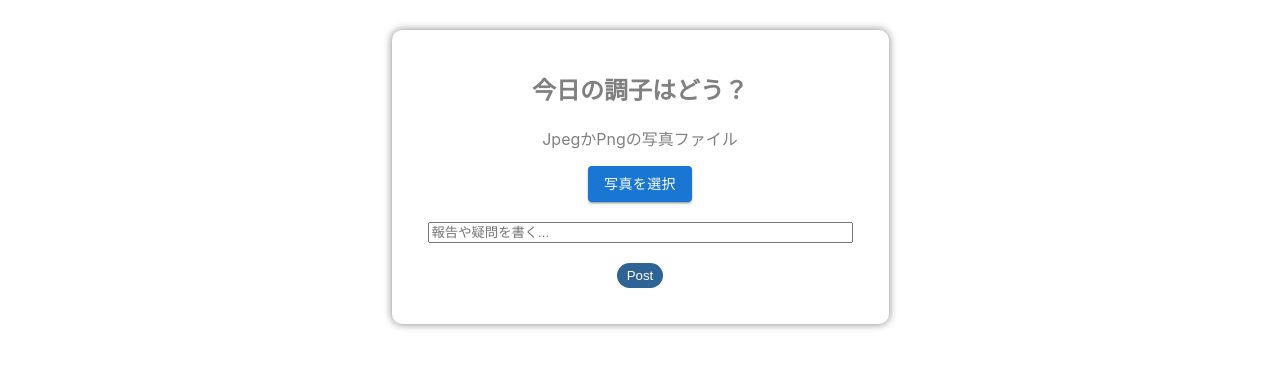
Repository: Seiya00002/seeds_surfers_react_sns
Page: /
These files come from the project's save history. The page is drawn as it stood at one moment and after the next save; the edit follows.
The browser window is 1280 px wide. The pictures show the whole page.
The page's requests for data from a server got no answer. The project was rebuilt for these pictures with package versions that can differ from the ones it lists, and the page was loaded fresh each time. No one was signed in, and anything a server would have sent is missing. Also part of the build but not shown: src/Post.css, src/Post.tsx.

Above is the page before, as saved 2023-08-03 07:56:35.

### src/App.tsx
import React from 'react';
import './App.css';
import { db, storage } from './firebase';
import { useEffect, useState, useRef } from "react";
import { collection, query, orderBy, getDocs, QuerySnapshot } from "firebase/firestore";
import { doc, onSnapshot } from 'firebase/firestore';
import Post from './Post';
import PostUploader from './PostUploader';

function App() {
  const [posts, setPosts] = useState<any>([]);
  // const containerRef = useRef<HTMLDivElement>(null);

  useEffect(() => {
    const q = query(collection(db, 'posts'), orderBy('timestamp', 'desc'));

    const unsubscribe = onSnapshot(q, (querySnapshot) => {
      const postsData = querySnapshot.docs.map((doc) => doc.data());
      setPosts(postsData);
    });

    return () => {
      // コンポーネントがアンマウントされる際にunsubscribeを行う
      unsubscribe();
    };
  }, []);

  // useEffect(() => {
  //   const container = containerRef.current;
  //   if(container){
  //   const scrollHeight = container.scrollHeight;
  //   const scrollTop = container.scrollTop;
  //   const offsetHeight = container.offsetHeight;

  //   container.scrollTop = scrollHeight - (scrollTop + offsetHeight);
  //   }
  // }, [posts]);

  return(
    <div className="App">
      <PostUploader />
      {posts.map((post:any) => (
        <Post key={post.timestamp} post={post} />
      ))}
    </div>
  );
}

export default App;

// 8/2 表示が不具合　・画面が上に推移し消えてしまう

### src/App.css
.App {
  text-align: center;
  display: flex;
  justify-content: center;
  align-items: center;
  width: 100%;
  /* height: 100vh; */
  flex-flow: column;
}

### src/firebase.tsx
import { initializeApp } from "firebase/app";
import { getFirestore } from "firebase/firestore";
import { getStorage } from "firebase/storage";


const firebaseConfig = {
  apiKey: "AIzaSyDRiOj3JAcuLe6c_Ms2hhsjBCCb8lLwSGU",
  authDomain: "seeds-surfers-react-sns.firebaseapp.com",
  projectId: "seeds-surfers-react-sns",
  storageBucket: "seeds-surfers-react-sns.appspot.com",
  messagingSenderId: "1087322797942",
  appId: "1:1087322797942:web:be61f4173bd538ec6e2c57"
};

const app = initializeApp(firebaseConfig);

export const storage = getStorage(app);

export const db = getFirestore(app);

// export default db;
// export default storage;

### src/PostUploader.tsx
import React, { useState}  from "react";
import ImageLogo from "./image.svg";
import "./PostUploader.css";
import { Button } from '@mui/material';
import { db, storage } from "./firebase";
import { ref, uploadBytesResumable, getDownloadURL } from "firebase/storage";
import firebase from "firebase/app";
import "firebase/firestore";
import { addDoc, collection, serverTimestamp } from "firebase/firestore";
import Post from "./Post";


function PostUploader() {
  const [loading, setLoading] = useState<boolean>(false);
  const [isUpLoaded, setUploaded] = useState<boolean>(false);
  const [text, setText] = useState<string>("");
  const [fileUrl, setFileUrl] = useState<any>("");

  const OnFileUploadToFirebase = (e:any) => {
        const file = e.target.files[0];
        const storageRef = ref(storage, 'image/' + file.name);
        const uploadImage = uploadBytesResumable(storageRef, file);

        setLoading(true);

        uploadImage.then((snapshot) => {
          setLoading(false);
          setUploaded(true);
          return getDownloadURL(snapshot.ref);
        })
        .then((url) => {
          setFileUrl(url);
        })
        .catch((error: any) => {
          setLoading(false);
          console.error("画像のアップロードに失敗しました。:", error);
        });
  };

  const onTextUploadToFirebase = () => {
    addDoc(collection(db, "posts"), {
      text:text,
      imageUrl:fileUrl,
      timestamp: serverTimestamp(),
    })
    .then(()=>{
      console.log("投稿が完了しました！");
      setText("");
      setFileUrl("");
      setUploaded(false);
    })
    .catch((error: any) => {
      console.error("エラーが発生しました。:",error);
    });
  };

  return (
    <>
      {loading ?(
        <h2>画像アップロード中・・・</h2>
      ) : (
        <>
          {isUpLoaded ? (
            <>
              <div className="outerBox">
                <h2>画像アップロード完了しました！</h2>

                <form id="post">
                  <label>
                    <input
                      type="text"
                      placeholder="報告や疑問を書く..."
                      size={50}
                      maxLength={500}
                      value={text}
                      onChange={e => setText(e.target.value)}
                    />
                  </label>
                  </form>
                  <input
                    type="button"
                    form="post"
                    value="Post"
                    onClick={onTextUploadToFirebase}
                  />
              </div>
            </>
            ) : (
              <div className="outerBox">
                <div className="title">
                  <h2>今日の調子はどう？</h2>
                  <p>JpegかPngの写真ファイル</p>
                </div>
                {/* <div className="imageUplodeBox">
                  <div className="imageLogoAndText">
                    <img src={ImageLogo} alt="imagelogo" />
                    <p>ここにドラッグ＆ドロップしてね</p>
                  </div>
                  <input
                  className="imageUploadInput"
                  multiple name="imageURL"
                  type="file"
                  accept=".png, .jpeg, .jpg"
                  onChange={OnFileUploadToFirebase}
                  />
                </div> */}
                {/* <p>または</p> */}
                <Button variant="contained">
                  写真を選択
                  <input
                  className="imageUploadInput"
                  type="file"
                  accept=".png, .jpeg, .jpg"
                  onChange={OnFileUploadToFirebase}
                  />
                </Button>
                <form id="post">
                  <label>
                    <input
                      type="text"
                      placeholder="報告や疑問を書く..."
                      className="textPost"
                      size={50}
                      maxLength={500}
                      value={text}
                      onChange={e => setText(e.target.value)}
                    />
                  </label>
                  </form>
                  <input
                    type="button"
                    className="textUploadInput"
                    form="post"
                    value="Post"
                    onClick={onTextUploadToFirebase}
                  />
              </div>
            )
          }
        </>
      )}
    </>
  );
};

export default PostUploader;

### src/PostUploader.css
.outerBox {
    margin: 30px 0;
    display: flex;
    flex-direction: column;
    align-items: center;
    justify-content: center;
    text-align: center;
    border: none;
    padding: 36px;
    border-radius: 10px;
    box-shadow: 0px 0px 8px gray;
    color: gray;
  }

  .outerBox h2 {
    font-weight: 600;
    margin-top: 5px;
  }

  .imageUplodeBox {
    border: 2px dashed #2d6395;
    padding: 35px 60px;
    position: relative;
  }

  .imageLogoAndText p {
    margin-bottom: 0px;
  }

  .imageUploadInput {
    opacity: 0;
    position: absolute;
    top: 0;
    left: 0;
    width: 100%;
    height: 100%;
    cursor: pointer;
  }

  .textPost {
    margin: 20px 0;
  }

  .textUploadInput {
    border-radius: 50px;
    border: none;
    background-color: #2d6395;
    color: white;
    padding: 5px 10px;
  }

Loaded but not shown: public/index.html (common file); src/index.tsx (common file); src/index.css (common file); src/reportWebVitals.ts (common file)

After the next save:
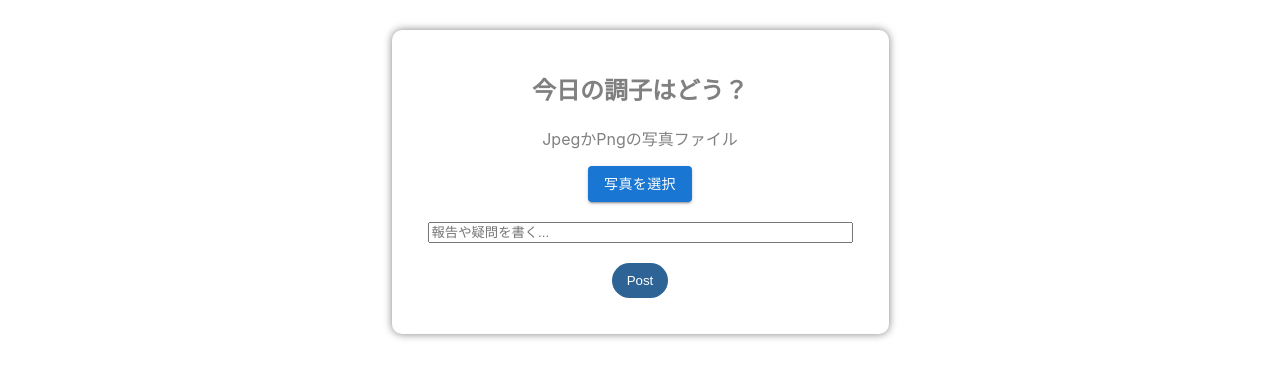
Saved 13 s later.
--- a/src/PostUploader.css
+++ b/src/PostUploader.css
@@ -46,5 +46,5 @@
     border: none;
     background-color: #2d6395;
     color: white;
-    padding: 5px 10px;
+    padding: 10px 15px;
   }
